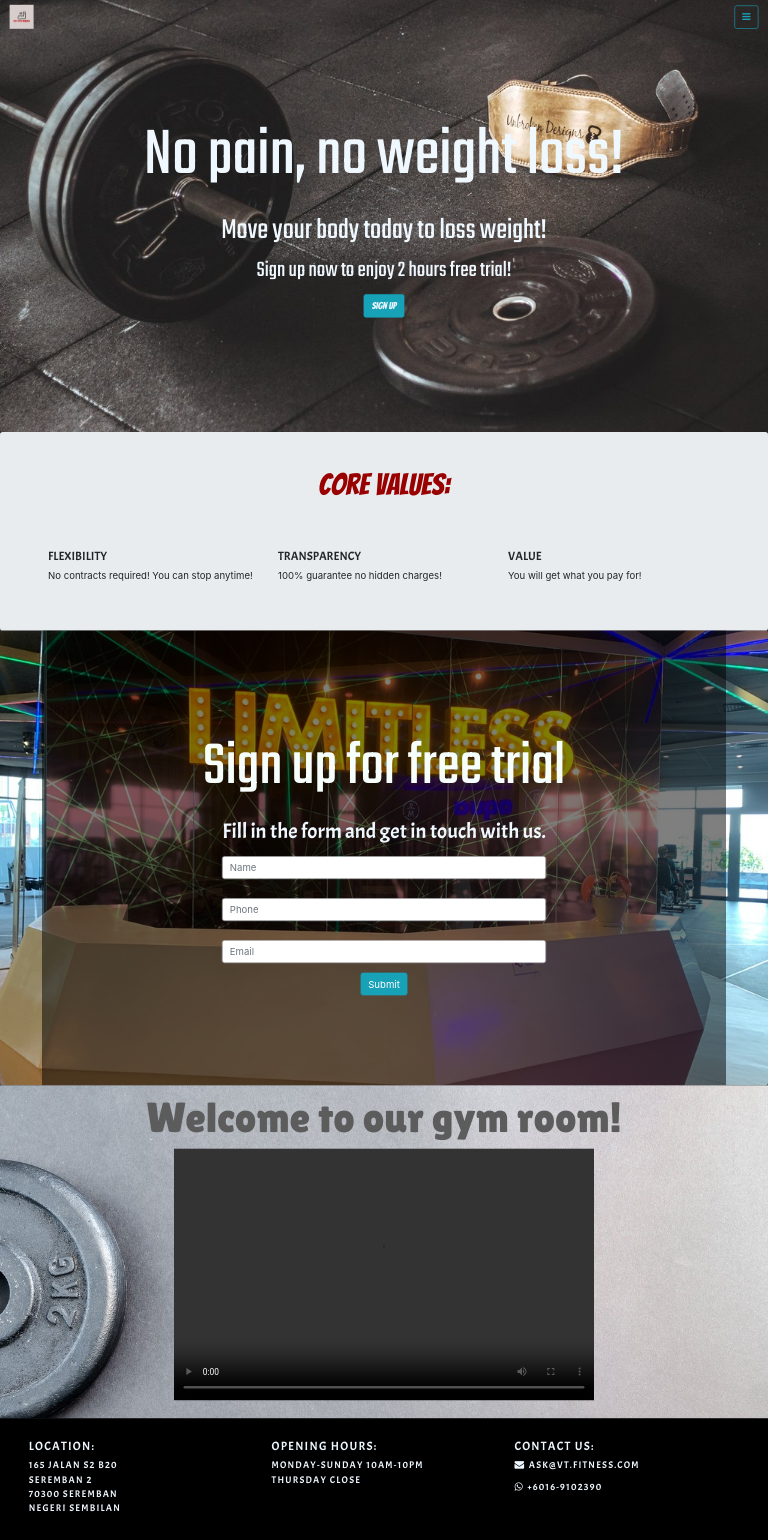
Repository: Code-Institute-Submissions/Project-One-6
Page: index.html
The author's editor kept a record of every edit. The page is drawn from the files as they stood at one moment, then again after the next edit.
The browser window is 1280 px wide. The pictures show the whole page, at 60% of full size.
Pictures or frames that could not be fetched are drawn as grey boxes. Some web libraries are served in a nearby version.

Above is the page before.

After the next edit:
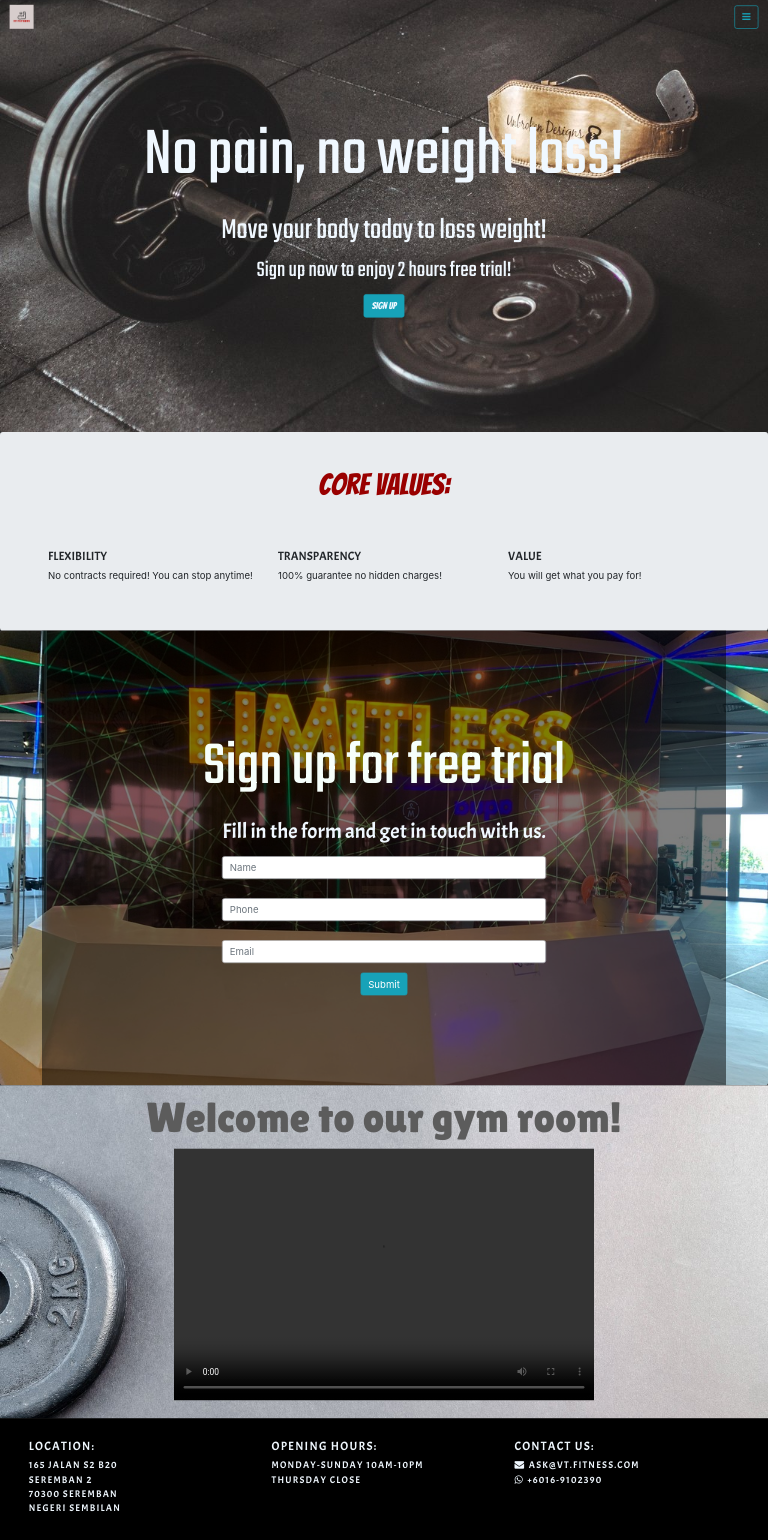
The edit:
--- a/index.html
+++ b/index.html
@@ -119,7 +119,7 @@
                 <ul class="list-inline social">
                     <li>
                         <i class="fa fa-envelope" aria-hidden="true">
-                        <span class="details">ask@vt.fitness.com</p>
+                        <span class="details">ask@vt.fitness.com</span>
                         </i>
                     </li>
                     <li>
